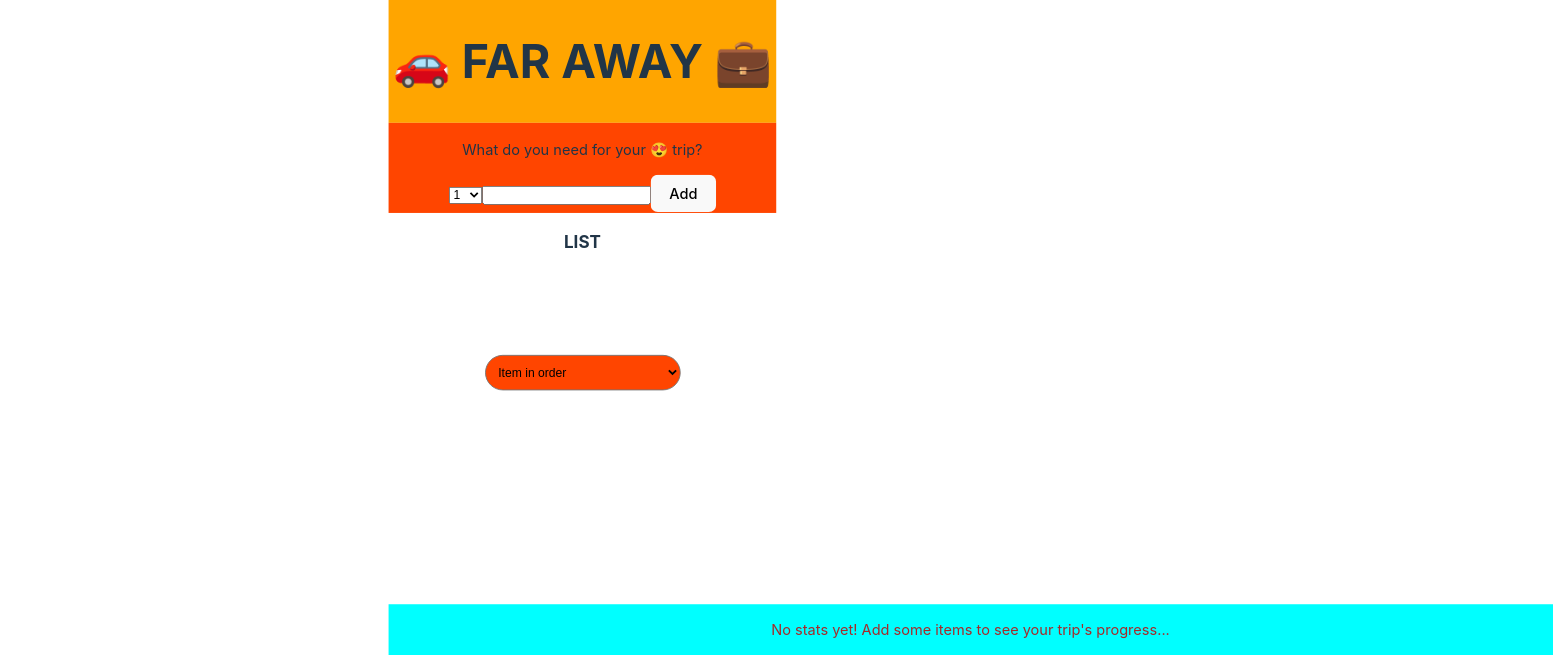
Repository: Celebration-cloud/Trip-Add-To-List
Page: /
The author's editor kept a copy of each file at every save. The page is drawn from the files as they stood at one save, then again after a run of saves.
The browser window is 1280 px wide. The page is 1707 px wide, so the pictures cover 1707 px, including what lies to the right of the window. The pictures show the whole page, at 91% of full size.
The project was rebuilt for these pictures with package versions that can differ from the ones it lists, and the page was loaded fresh each time. Also part of the build but not shown: vite.config.js.

Above is the page before, as saved 2023-10-29 16:05:21.

### src/App.jsx
import './App.css'
import TripList from './Trip-List/TripList'

function App() {

  return (
    <>
    <TripList/>
    </>
  )
}

export default App

### src/App.css
#root {
  margin: 0;
  padding: 0;
  text-align: center;
}

.logo {
  height: 6em;
  padding: 1.5em;
  will-change: filter;
  transition: filter 300ms;
}
.logo:hover {
  filter: drop-shadow(0 0 2em #646cffaa);
}
.logo.react:hover {
  filter: drop-shadow(0 0 2em #61dafbaa);
}

@keyframes logo-spin {
  from {
    transform: rotate(0deg);
  }
  to {
    transform: rotate(360deg);
  }
}

@media (prefers-reduced-motion: no-preference) {
  a:nth-of-type(2) .logo {
    animation: logo-spin infinite 20s linear;
  }
}

.card {
  padding: 2em;
}

.read-the-docs {
  color: #888;
}

### src/Trip-List/TripList.jsx
/* eslint-disable react/no-unescaped-entities */
/* eslint-disable react/prop-types */
import { useState } from "react";

function TripList() {
  const [addItem, setAddItem] = useState([]);

  const handleAddItem = (item) => {
    setAddItem((items) => [...items, item]);
  };
  const handleRemoveItem = (id) =>{
    setAddItem(items => items.filter(p => p.id !== id))
  }
  const handleChecked = (id) => {
    setAddItem(items => items.map(item => item.id === id ? {...item, packed: !item.packed} : item));
  };
  return (
    <div>
      <TripHead/>
      <TripForm handleAddItem={handleAddItem}/>
      <TripListForm addItem={addItem} remove={handleRemoveItem} check={handleChecked}/>
      <TripStats stats={addItem}/>
    </div>
  )
}

export default TripList

function TripHead() {
  return (
    <div style={{backgroundColor: "orange", padding: "5px"}}>
      <h1 style={{fontFamily: "inherit"}}>🚗 FAR AWAY 💼</h1>
    </div>
  )
}

function TripForm({handleAddItem}) {
  const [item, setItem] = useState({description: "", quantity: 1})

  const handleSubmit = (e) =>{
    e.preventDefault();
    if (!item.description) return;

    const newItem = {
      des: item.description,
      amount: item.quantity,
      packed: false,
      id: Date.now(),
    };

    handleAddItem(newItem);
    setItem({ description: "", quantity: 1 });
  }
  const handleInput = (e) =>{
    setItem(prev => ({...prev, description: e.target.value}))
  }
  const handleOption = (e) =>{
    setItem(prevState => ({...prevState,quantity: Number(e.target.value)}))
  }
  return (
    <div style={{ backgroundColor: "orangered", padding: "1px" }}>
      <form onSubmit={handleSubmit}>
        <span>
          <p>What do you need for your 😍 trip?</p>
          <select onChange={handleOption} value={item.quantity}>
            {Array.from({ length: 10 }, (_, i) => i + 1).map((num) => (
              <option value={num} key={num}>
                {num}
              </option>
            ))}
          </select>
          <input onChange={handleInput} value={item.description}></input>
          <button type="submit">Add</button>
        </span>
      </form>
    </div>
  );
}

function TripListForm({addItem, remove, check}) {
  const [sort, setSort] = useState("input")
  const sortingBy = (e) => {
    setSort(e.target.value);
  };
  let sorting;
  if (sort === "input") sorting = addItem;
  if (sort === "checked")
    sorting = addItem.slice().sort((a, b) => a.des.localeCompare(b.des));
  if (sort === "order")
    sorting = addItem
      .slice()
      .sort((a, b) => Number(a.packed) - Number(b.packed));

  return (
    <>
      <h3>LIST</h3>
      <ul style={{ listStyleType: "none" }}>
        <li>
          {sorting?.map((item) => (
            <>
              <input
                type="checkbox"
                value={item.packed}
                onChange={() => check(item.id)}
              />
              <span
                key={item.id}
                style={item.packed ? { textDecoration: "line-through" } : {}}
              >
                {item.amount}-{item.des}
              </span>
              <button onClick={() => remove(item.id)}>
                🚩
              </button>
            </>
          ))}
        </li>
      </ul>
      <div>
        <select onChange={sortingBy} value={sort} style={{padding: "10px 100px 10px 10px", marginTop: "90px", backgroundColor: "orangered", borderRadius: "20px", position: ""}}>
          <option value="input" style={{marginRight: "5px", backgroundColor: "brown" }}>Item in order</option>
          <option value="checked" style={{marginRight: "5px"}}>Checked Item</option>
          <option value="order" style={{marginRight: "5px"}}>Split Item</option>
        </select>
      </div>
    </>
  );
}

function TripStats({stats}) {
  if(!stats.length)
  return (
    <footer
      style={{
        position: "absolute",
        backgroundColor: "aqua",
        color: "brown",
        bottom: "-0%",
        width: "100%",
      }}
    >
      <p>No stats yet! Add some items to see your trip's progress...</p>
    </footer>
  );
  const total = stats.length
  const packed= stats.filter(items => items.packed).length
  const percent = Math.round((packed / total) * 100)
  return (
    <>
      {percent === 100 ? (
        <footer
          style={{
            position: "absolute",
            backgroundColor: "aqua",
            color: "brown",
            bottom: "-0%",
            width: "100%",
          }}
        >
          <p>You have Completed the List✈</p>
        </footer>
      ) : (
        <footer
          style={{
            position: "absolute",
            backgroundColor: "aqua",
            color: "brown",
            bottom: "-0%",
            width: "100%",
          }}
        >
          <p>
            You have {total} items on your list, and already packed {packed} (
            {percent}%)
          </p>
        </footer>
      )}
    </>
  );
}

Loaded but not shown: index.html (common file); src/main.jsx (common file); src/index.css (common file)

After the next 2 saves:
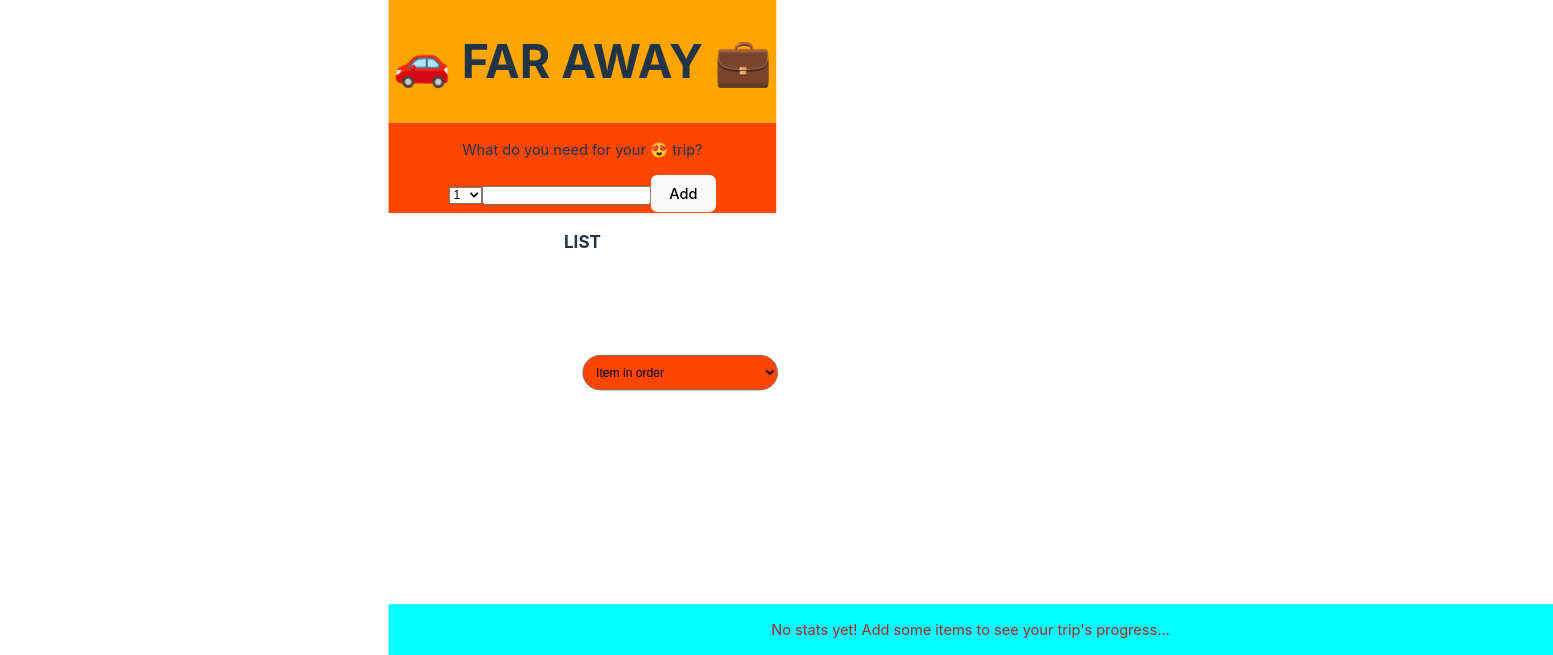
The 2 saves are shown as one change because they came seconds apart.
The last was saved 11 s later.
--- a/src/Trip-List/TripList.jsx
+++ b/src/Trip-List/TripList.jsx
@@ -117,7 +117,7 @@
         </li>
       </ul>
       <div>
-        <select onChange={sortingBy} value={sort} style={{padding: "10px 100px 10px 10px", marginTop: "90px", backgroundColor: "orangered", borderRadius: "20px", position: ""}}>
+        <select onChange={sortingBy} value={sort} style={{padding: "10px 100px 10px 10px", marginTop: "90px", backgroundColor: "orangered", borderRadius: "20px", position: "absolute"}}>
           <option value="input" style={{marginRight: "5px", backgroundColor: "brown" }}>Item in order</option>
           <option value="checked" style={{marginRight: "5px"}}>Checked Item</option>
           <option value="order" style={{marginRight: "5px"}}>Split Item</option>

After the save that followed:
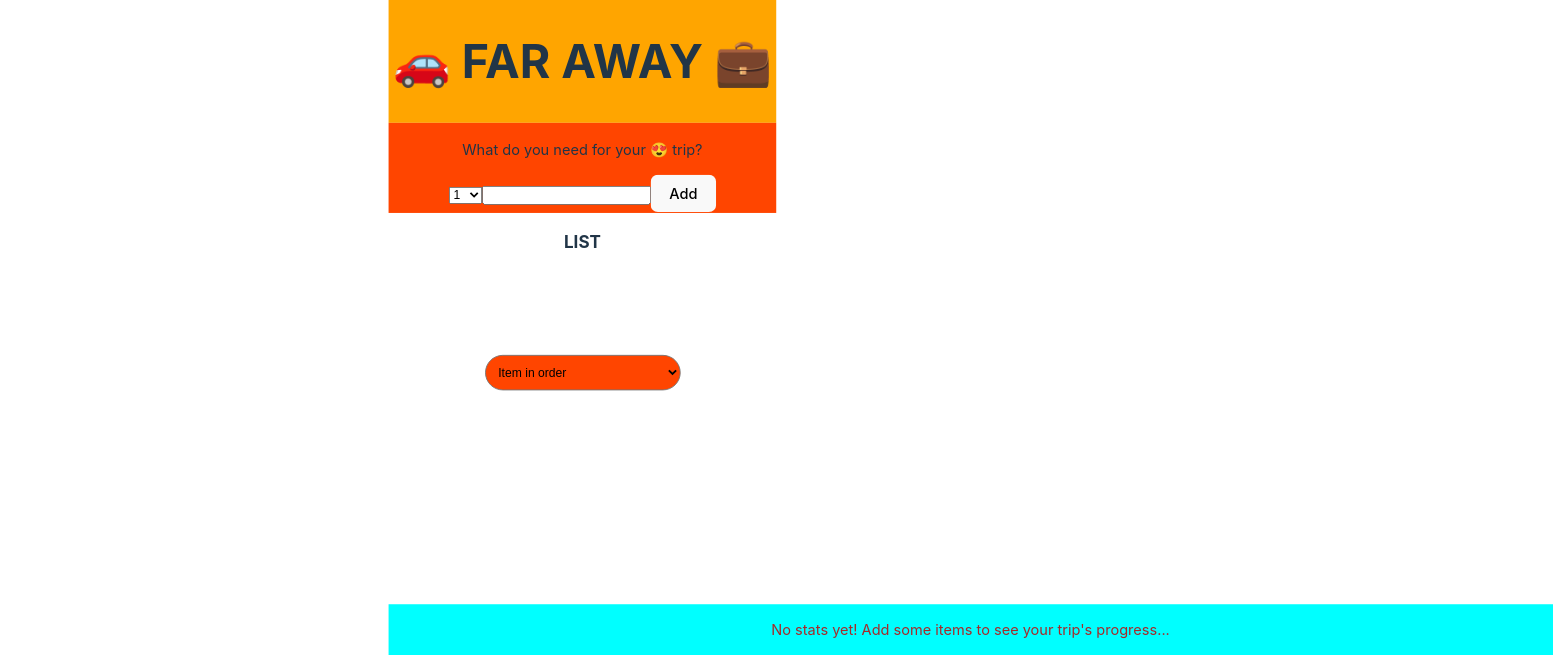
Saved 7 s later.
--- a/src/Trip-List/TripList.jsx
+++ b/src/Trip-List/TripList.jsx
@@ -117,7 +117,7 @@
         </li>
       </ul>
       <div>
-        <select onChange={sortingBy} value={sort} style={{padding: "10px 100px 10px 10px", marginTop: "90px", backgroundColor: "orangered", borderRadius: "20px", position: "absolute"}}>
+        <select onChange={sortingBy} value={sort} style={{padding: "10px 100px 10px 10px", marginTop: "90px", backgroundColor: "orangered", borderRadius: "20px", position: ""}}>
           <option value="input" style={{marginRight: "5px", backgroundColor: "brown" }}>Item in order</option>
           <option value="checked" style={{marginRight: "5px"}}>Checked Item</option>
           <option value="order" style={{marginRight: "5px"}}>Split Item</option>
